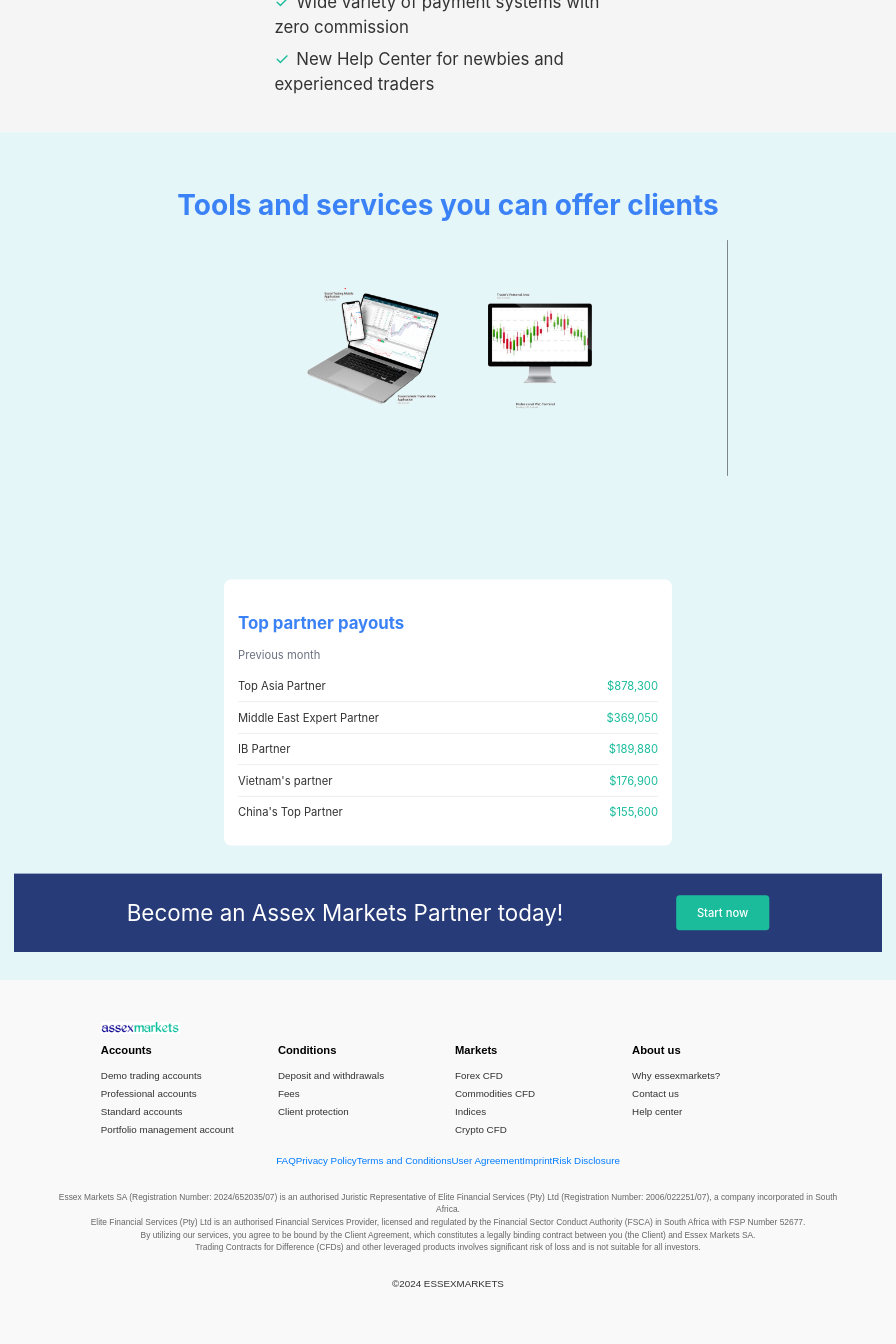
Repository: RevenewMarketing/Assex
Page: /partner
An editor plug-in stored every save of this project. The page is shown before and after the next save, followed by the edit.
The browser window is 1280 px wide. The pictures show the part of the page from y = 3560 to 5480 px (the page is 5480 px tall before and 5386 px after), at 70% of full size.
The project was rebuilt for these pictures with package versions that can differ from the ones it lists, and the page was loaded fresh each time. Also part of the build but not shown: vite.config.ts, src/pages/home/sections/HeroSection.module.css, src/pages/home/sections/HeroSection.tsx, src/pages/home/sections/Section2.tsx, src/pages/home/sections/Section3.tsx, src/pages/home/sections/Section4.tsx, src/pages/home/sections/Section5.tsx, src/pages/home/sections/Section6.tsx and 10 more.

Above is the page before, as saved 2024-11-28 01:22:17.

### index.html
<!doctype html>
<html lang="en">
  <head>
    <meta charset="UTF-8" />
    <link rel="icon" type="image/svg+xml" href="/vite.svg" />
    <meta name="viewport" content="width=device-width, initial-scale=1.0" />
    <title>Assex</title>
  </head>
  <body>
    <div id="root"></div>
    <script type="module" src="/src/main.tsx"></script>
  </body>
</html>

### src/index.css
:root {
  font-family: Inter, system-ui, Avenir, Helvetica, Arial, sans-serif;
  line-height: 1.5;
  font-weight: 400;
  color-scheme: light dark;
  color: rgba(255, 255, 255, 0.87);
  background-color: #ffffff;
  font-synthesis: none;
  max-width: 1920px;
  margin: auto;
  text-rendering: optimizeLegibility;
  -webkit-font-smoothing: antialiased;
  -moz-osx-font-smoothing: grayscale;
}

a {
  font-weight: 500;
  color: #646cff;
  text-decoration: inherit;
}

a:hover {
  color: #535bf2;
}

body {
  margin: 0;
  display: flex;
  place-items: center;
  min-width: 320px;
  min-height: 100vh;
  background-color: #FFF;
  /* align-content: center; */
  flex-direction: column;
  justify-content: flex-start;
}

h1 {
  font-size: 3.2em;
  line-height: 1.1;
}

button {
  border-radius: 8px;
  border: 1px solid transparent;
  padding: 0.6em 1.2em;
  font-size: 1em;
  font-weight: 500;
  font-family: inherit;
  background-color: #1a1a1a;
  cursor: pointer;
  transition: border-color 0.25s;
}

button:hover {
  border-color: #646cff;
}

button:focus,
button:focus-visible {
  outline: 4px auto -webkit-focus-ring-color;
}

@media (prefers-color-scheme: light) {
  :root {
    color: #213547;
    background-color: #ffffff;
  }

  a:hover {
    color: #747bff;
  }

  button {
    background-color: #f9f9f9;
  }
}

### src/App.tsx

import './App.css'
// import Navigation from './pages/home/Navigation'
import NavigationMenu from './components/navigation-menu/NavigationMenu'

import { BrowserRouter, Route, Routes } from 'react-router';
import Home from './pages/home/Home';
import Footer from './components/footer-section/Footer';
import About from './pages/about/About';
import Partner from './pages/partner/Partner';

function App() {

  return (
    <>
    <BrowserRouter>
    <NavigationMenu />
    <Routes>
      <Route path="/" element={<Home />} />
      <Route path="/about" element={<About />} />
      <Route path="/partner" element={<Partner />} />
      {/* Define other routes */}
    </Routes>
    <Footer />
  </BrowserRouter>


    </>
  )
}

export default App

### src/App.css
#root {
  max-width: 1920px;
  width: 100%;
  margin: 0 auto;
  padding: 0;
  text-align: center;
}

.logo {
  height: 6em;
  padding: 1.5em;
  will-change: filter;
  transition: filter 300ms;
}
.logo:hover {
  filter: drop-shadow(0 0 2em #646cffaa);
}
.logo.react:hover {
  filter: drop-shadow(0 0 2em #61dafbaa);
}

@keyframes logo-spin {
  from {
    transform: rotate(0deg);
  }
  to {
    transform: rotate(360deg);
  }
}

@media (prefers-reduced-motion: no-preference) {
  a:nth-of-type(2) .logo {
    animation: logo-spin infinite 20s linear;
  }
}

.card {
  padding: 2em;
}

.read-the-docs {
  color: #888;
}

/* Auth Buttons */
.authButtons {
  /* margin-left: auto; */
  display: flex;
  gap: 10px;
}

### src/pages/partner/Partner.tsx
import Section1 from "./sections/Section1"
import Section2 from "./sections/Section2"
import Section3 from "./sections/Section3"
import Section4 from "./sections/Section4"


const Partner = () => {
  return (
    <div>
      <Section1 />
      <Section2 />
      <Section3 />
      <Section4 />
    </div>
  )
}

export default Partner

### src/components/navigation-menu/NavigationMenu.module.css
.navigationContainer {
  position: relative;
  font-family: Arial, sans-serif;
}

/* Navigation Bar */
.navigationBar {
  position: fixed;
  top: 0;
  left: 0;
  width: 100%;
  display: flex;
  background-color: #ffffff;
  padding: 10px 20px;
  box-sizing: border-box;
  z-index: 1001;
  justify-content: center;
}

/* Menu Item Container */
.menuItemContainer {
  margin-right: 20px;
}

/* Menu Items */
.menuItem {
  background: none;
  border: none;
  color: rgb(34, 34, 34);
  font-size: 16px;
  cursor: pointer;
  transition: opacity 0.3s;
}

.menuItem:hover {
  opacity: 0.7;
}

.active {
  opacity: 0.5;
}



.languageSelector {
  margin-left: 20px;
  display: flex;
  align-items: center;
  font-size: 14px;
  color: #000000d8;
  cursor: pointer;
}

.globeIcon {
  margin-right: 5px;

}

/* Submenu */
.submenu {
  position: fixed;
  top: 50px;
  left: 0;
  width: 100%;
  height: 300px;
  background-color: #ffffff;
  box-shadow: 0 4px 8px rgba(0, 0, 0, 0.2);
  padding: 20px;
  box-sizing: border-box;
  z-index: 1000;
  opacity: 0;
  transform: translateY(-100%);
}

.submenuContent {
  display: flex
  ;
      justify-content: flex-start;
      gap: 10dvw;
      padding: 0 5dvw;
}

.submenuSection h4 {
  color: #0000003d;
}

.submenuSection {
  text-align: left;
}

.submenuSection a {
  color: #000000;
  text-decoration: none;
  cursor: pointer;
  transition: color 0.3s;
}

.submenuSection a:hover {
  color: #00b074;
  transition: color 0.3s;
}

/* Fade In Animation */
.fadeIn {
  animation: slide-in-top 0.3s cubic-bezier(0.25, 0.46, 0.45, 0.94) forwards;
}

@keyframes slide-in-top {
  0% {
    transform: translateY(-100%);
    opacity: 0;
  }
  100% {
    transform: translateY(0);
    opacity: 1;
  }
}

/* Fade Out Animation */
.fadeOut {
  animation: slide-out-top 0.3s cubic-bezier(0.25, 0.46, 0.45, 0.94) forwards;
}

@keyframes slide-out-top {
  0% {
    transform: translateY(0);
    opacity: 1;
  }
  100% {
    transform: translateY(-100%);
    opacity: 0;
  }
}

/* Overlay */
.overlay {
  position: fixed;
  top: 50px;
  left: 0;
  width: 100%;
  height: calc(100% - 50px);
  background: rgba(0, 0, 0, 0.5);
  z-index: 999;
  opacity: 0;
  visibility: hidden;
  transition: opacity 0.3s ease, visibility 0.3s ease;
}

.fadeInOverlay {
  opacity: 1;
  visibility: visible;
  backdrop-filter: blur(5px);
}

.fadeOutOverlay {
  opacity: 0;
  visibility: hidden;
}

/* Page Content */
.pageContent {
  /* padding: 80px 20px 20px 20px; */
  transition: opacity 0.3s;
}

.dimmed {
  opacity: 0.3;
}

### src/components/ReusableButton.tsx

import styles from './GlobalComponentStyles.module.css';

type Props = {
  link?: string;
  text: string;
  type: 'register' | 'sign-in' | 'logout' | 'profile' | 'settings' | 'help' | 'free-trial' | 'learn-more' | 'dark' | 'light';
};

export default function ReusableButton({ link, text, type }: Props) {
  return (
      <button
      style={{
        backgroundColor: type === 'register' ? '#19BC9C' :
        type === 'sign-in' ? '#F4F6F7' :
        type === 'logout' ? '#FF6347' :
        type === 'profile' ? '#FFA07A' :
        type === 'settings' ? '#FF7F50' :
        type === 'help' ? '#FFA500' :
        type === 'free-trial' ? '#FFD700' :
        type === 'learn-more' ? '#FF4500' :
        type === 'dark' ? '#4C4B4D' :
        type === 'light' ? '#fff' : '#000',
        color: type === 'dark' ? '#fff' : '#000'
      }}
        className={styles.registerButton}
        onClick={() => window.open(link, '_blank')}
      >{text}
      </button>

  );
}

### src/components/footer-section/FooterStyles.module.css
.footerContainer {
  background-color: #f9f9f9;
  color: #333;
  padding: 60px 20px;
  font-family: Arial, sans-serif;
  font-size: 14px;
  line-height: 1.8;
}

.footerContainer h4 {
  font-size: 16px;
  font-weight: bold;
  margin-bottom: 10px;
  color: #000;
  text-align: left;
  margin-top: 0;
}

.footerContainer ul {
  list-style-type: none;
  padding: 0;
  margin: 0;
  text-align: left;
}

.footerContainer ul li {
  margin-bottom: 0px;
  cursor: pointer;
}

.footerContainer ul li:hover {
  color: #00b894;
}

.footerContainer .columnsContainer {
  display: flex;
  justify-content: space-between;
  gap: 20px;
  flex-wrap: wrap;
  margin-bottom: 40px;
  width: 80%;
  margin: auto;
}

.footerContainer .columnsContainer>div {
  flex: 1;
  min-width: 180px;
  /* Ensures alignment and proper spacing */
}



.footerContainer .linksContainer {
  text-align: center;
  margin: 20px 0 30px;
}

.footerContainer .linksContainer a {
  color: #007bff;
  text-decoration: none;
  margin: 0px;
  font-size: 14px;
}

.footerContainer .linksContainer a:hover {
  text-decoration: underline;
}

.footerContainer .details {
  font-size: 12px;
  color: #666;
  line-height: 1.5;
  margin: 20px auto;
  text-align: center;
  width: 90%;
}

.footerContainer .details p {
  margin-bottom: 15px;
}

.footerContainer .logoContainer {
  text-align: left;
  margin: auto;
  width: 80%;
}

.footerContainer .logoContainer img {
  max-width: 150px;
}

.footerContainer .copyright {
  text-align: center;
  font-size: 14px;
  margin-top: 30px;
}

.details p {
  margin: 0 !important;
}

### src/pages/partner/sections/Section1.tsx
import styles from './Section1.module.css';
import backgroundImage from '../../../assets/pages/Partner/1-hero-banner-partner.jpg';

const section1Content = {
  title: "ASSEX MARKETS PARTNERSHIP PROGRAMS",
  description: "Earn a stable income by introducing clients to a global market leader",
  backgroundImage: backgroundImage, // Replace with your background image path
  buttonLink: "https://my.assexmarkets.com/auth/register",
};

const Section1: React.FC = () => {
  return (
    <section
      style={{
        backgroundImage: `url(${section1Content.backgroundImage})`,
      }}
      className={styles.section1}
    >
      <div className={styles.overlay}></div>
      <div className={styles.content}>
        <h1 className={styles.title}>{section1Content.title}</h1>
        <p className={styles.description}>{section1Content.description}</p>
        <button onClick={
          () => {
            window.open(section1Content.buttonLink, "_blank");
        }} className={styles.startButton}>Start now</button>
      </div>
      <div className={styles.details}>
        <p>2000 Partners</p>
        <p>$12 Million Paid to the partners</p>
        <p>$110K Top partner payout per month</p>
      </div>
    </section>
  );
};

export default Section1;

### src/pages/partner/sections/Section2.tsx

import styles from './Section2.module.css';
import box1 from '../../../assets/pages/Partner/2-section1-icon1.png';
import box2 from '../../../assets/pages/Partner/2-section1-icon2.png';

const section2Content = {
  title: "What we offer",
  cards: [
    {
      icon: box1,
      title: "Introducing Broker Program",
      description: "You get up to 40% of our revenue Earn up to 40% of our revenue from every active trader you refer to us. If they’re trading, you’re earning.",
      buttonText: "Learn more"
    },
    {
      icon: box2,
      title: "Affiliate Program",
      description: "You get up to $1850 of our revenue We are leading the industry with scheduled and attractive payouts. We offer a range of commission plans, so you can choose the best fit for you.",
      buttonText: "Learn more"
    }
  ]
};

const Section2: React.FC = () => {
  return (
    <section className={styles.section2}>

      <h2 className={styles.title}>{section2Content.title}</h2>
      <div className={styles.cardsContainer}>
        {section2Content.cards.map((card, index) => (

          <div key={index} className={styles.card}>
            <img src={card.icon} alt="icon" className={styles.cardIcon} />
            <h3 className={styles.cardTitle}>{card.title}</h3>
            <p className={styles.cardDescription}>{card.description}</p>
            <button className={styles.learnMoreButton}>{card.buttonText}</button>
          </div>
        ))}
      </div>
    </section>
  );
};

export default Section2;

### src/pages/partner/sections/Section3.tsx

import styles from './Section3.module.css';
import globeImage from '../../../assets/pages/Partner/3-section2-card1.png';
import cardsImage1 from '../../../assets/pages/Partner/3-section2-card2.png';
import statsImage from '../../../assets/pages/Partner/3-section2-card3.png';
import phoneImage from '../../../assets/pages/Partner/3-section2-card4.png';
import cardsImage2 from '../../../assets/pages/Partner/3-section2-card5.png';
import cardImage3 from '../../../assets/pages/Partner/3-section2-card6.png';


const section3Content = {
  title: "Why become an Assex Markets partner?",
  images: [
    globeImage,
    cardsImage1,
    statsImage,
    phoneImage,
    cardsImage2,
    cardImage3
  ],
  reasons: [
    "Trusted market leader – Assex Markets brokers are licensed",
    "Highest forex leverage in the market",
    "Instant deposits and withdrawals",
    "24/7 client support",
    "Wide variety of payment systems with zero commission",
    "New Help Center for newbies and experienced traders"
  ]
};

const Section3: React.FC = () => {
  return (
    <section className={styles.section3}>
      <h2 className={styles.title}>{section3Content.title}</h2>
      <div className={styles.featuresContainer}>
        {section3Content.images.map((image, index) => (
          <img key={index} src={image} alt="featured Images"/>
        ))}
      </div>
      <h2 className={styles.reasonsTitle}>Why clients will love us...</h2>
      <ul className={styles.reasonsList}>
        {section3Content.reasons.map((reason, index) => (
          <li key={index} className={styles.reason}>{reason}</li>
        ))}
      </ul>
    </section>
  );
};

export default Section3;

### src/pages/partner/sections/Section4.tsx
import React from 'react';
import styles from './Section4.module.css';
import devicesImage from '../../../assets/pages/Partner/4-section5-devices-image.png';

const section4Content = {
  title: "Tools and services you can offer clients",
  images: [
    {
      src: devicesImage,
      alt: "Devices"
    }
  ],
  payouts: [
    {
      partner: "Top Asia Partner",
      amount: "$878,300"
    },
    {
      partner: "Middle East Expert Partner",
      amount: "$369,050"
    },
    {
      partner: "IB Partner",
      amount: "$189,880"
    },
    {
      partner: "Vietnam's partner",
      amount: "$176,900"
    },
    {
      partner: "China's Top Partner",
      amount: "$155,600"
    }
  ],
  cta: "Become an Assex Markets Partner today!"
};

const Section4: React.FC = () => {
  return (
    <section className={styles.section4}>
      <h2 className={styles.title}>{section4Content.title}</h2>
      <div className={styles.imagesContainer}>
        {section4Content.images.map((image, index) => (
          <div key={index} className={styles.imageWrapper}>
            <img src={image.src} alt={image.alt} className={styles.image} />
          </div>
        ))}
      </div>
      <div className={styles.payoutsContainer}>
        <div className={styles.payoutsContainer_context}>
          <h3 className={styles.payoutsTitle}>Top partner payouts</h3>
          <p className={styles.payoutsSubtitle}>Previous month</p>
        </div>
        <ul className={styles.payoutsList}>
          {section4Content.payouts.map((payout, index) => (
            <li key={index} className={styles.payoutItem}>
              <span className={styles.payoutPartner}>{payout.partner}</span>
              <span className={styles.payoutAmount}>{payout.amount}</span>
            </li>
          ))}
        </ul>
      </div>
      <div className={styles.sectionFooter} >
        <p>Become an Assex Markets Partner today!</p>
        <button className={styles.ctaButton}>Start now</button>
      </div>
    </section>
  );
};

export default Section4;

### src/components/GlobalComponentStyles.module.css


.registerButton {
  background-color: #00b074;
  color: white;
  border: none;
  padding: 8px 16px;
  font-size: 14px;
  border-radius: 4px;
  cursor: pointer;
}

.signInButton {
  background-color: #f4f4f4;
  color: #333;
  border: 1px solid #ccc;
  padding: 8px 16px;
  font-size: 14px;
  border-radius: 4px;
  cursor: pointer;
}

### src/pages/partner/sections/Section1.module.css
.section1 {
  position: relative;
  background-size: cover;
  background-position: center;
  height: 760px;
  display: flex;
  align-items: center;
  justify-content: space-between;
  color: white;
  padding: 0 40px;
}

.overlay {
  position: absolute;
  top: 0;
  right: 0;
  width: 100%; /* Adjusts the gradient coverage */
  height: 100%;

  z-index: 1;
}

.content {
  position: relative;
  z-index: 2;
  max-width: 50%;
  text-align: left;
}

.content p {
  font-size: 1rem;
  line-height: 1.5;
}

.title {
  font-size: 4.5rem;
  font-weight: bold;
  margin-bottom: 20px;
  text-transform: uppercase;
}

.description {
  font-size: 2rem;
  line-height: 1.2;
  margin-bottom: 20px;
}

.startButton {
  padding: 10px 20px;
  background-color: #1ABC9C;
  color: white;
  border: none;
  border-radius: 5px;
  cursor: pointer;
  font-size: 1rem;
}

.details {
  position: relative;
  z-index: 2;
  max-width: 50%;
  text-align: left;
  margin-left: auto;
  width: 375px;
}

.details p {
  font-size: 2rem;
  line-height: 1.5;
}

### src/pages/partner/sections/Section2.module.css
.section2 {
  background-image: url("../../../assets/pages/Homepage/3-Section-3-BG.png");
  background-size: cover;
  background-position: center;
  color: white;
  padding: 40px 20px;
  text-align: center;
  min-height: 50dvh;
}

.title {
  font-size: 5rem;
  margin-bottom: 40px;
}

.cardsContainer {
  display: flex;
  justify-content: space-evenly;

}

.card {
  background-color: white;
  color: #000000;
  border-radius: 10px;
  padding: 3rem;
  flex: 1;
  max-width: 25%;
  text-align: left;
  display: flex;
  flex-direction: column;
  align-items: center;
  justify-content: space-between;
}

.cardIcon {
  width: 40px;
  margin: 0px;
  color: #1ABC9C;
  /* Blue color for the icon */
}

.cardTitle {
  font-size: 2rem;
  margin-bottom: 10px;
  color: #1ABC9C;
  font-weight: 400;
}

.cardDescription {
  font-size: 1.5rem;
  font-weight: 300;
  margin-bottom: 20px;
}

.learnMoreButton {
  padding: 10px 20px;
  background-color: #1ABC9C;
  /* Blue background for the button */
  color: white;
  border: none;
  border-radius: 5px;
  cursor: pointer;
  font-size: 1rem;
}

.learnMoreButton:hover {
  background-color: #1ABC9C;
  /* Darker blue on hover */
}

### src/pages/partner/sections/Section3.module.css
.section3 {
  background-color: #f5f5f5;
  /* Light background */
  color: #333;
  padding: 40px 20px;
  text-align: center;
}

.title {
  font-size: 5rem;
  margin-bottom: 40px;
  color: #1ABC9C;
  /* Blue color for the title */
}

.featuresContainer {
  display: flex;
  justify-content: center;
  gap: 20px;
  flex-wrap: wrap;
  margin-bottom: 40px;
  flex-direction: row;
  max-width: 65%;
  margin: auto;
  position: relative;
}

.featuresContainer img {
  transition: transform 0.3s ease;
}

.featuresContainer img:hover {
  transform: scale(1.05);
  transition: transform 0.3s ease;
  border: 1px solid #1ABC9C;
  border-radius: 10px;
}

.feature {
  background-color: white;
  border-radius: 10px;
  padding: 20px;
  flex: 1;
  max-width: 300px;
  text-align: center;
  box-shadow: 0 4px 8px rgba(0, 0, 0, 0.1);
}

.featureImage {
  max-width: 100%;
  height: auto;
  margin-bottom: 10px;
}

.featureTitle {
  font-size: 1.5rem;
  margin-bottom: 10px;
  color: #1ABC9C;
  /* Blue color for the title */
}

.featureDescription {
  list-style-type: none;
  padding: 0;
}

.featureDescription li {
  font-size: 1rem;
  margin-bottom: 5px;
}

.reasonsTitle {
  font-size: 2rem;
  margin-bottom: 20px;
  color: #1ABC9C;
  font-weight: 300;
}

.reasonsList {
  list-style-type: none;
  padding: 0;
  text-align: left;
  margin: auto;
  max-width: 40%;
}

.reason {
  font-size: 1.5rem;
  margin-bottom: 10px;
}

.reason::before {
  content: "✓";
  color: #1ABC9C;
  /* Blue color for the checkmark */
  margin-right: 10px;
}

### src/pages/partner/sections/Section4.module.css
.section4 {
  background-color: #e5f6f9; /* Light green background */
  color: #333;
  padding: 40px 20px;
  text-align: center;
  position: relative;
}

.title {
  font-size: 2.5rem;
  margin-bottom: 20px;
  color: #3b82f6; /* Blue color for the title */
}

.imagesContainer {
  display: flex;
  justify-content: center;
  margin-bottom: 40px;
}

.imageWrapper {
  position: relative;
  width: 100%;
  max-width: 800px;
}

.image {
  width: 100%;
  height: auto;
}

.payoutsContainer {
  background-color: white;
  padding: 20px;
  border-radius: 10px;
  max-width: 600px;
  margin: 0 auto 40px;
  text-align: left;
}

.payoutsTitle {
  font-size: 1.5rem;
  margin-bottom: 10px;
  color: #3b82f6; /* Blue color for the title */
}

.payoutsSubtitle {
  font-size: 1rem;
  margin-bottom: 20px;
  color: #6b7280; /* Gray color for the subtitle */
}

.payoutsList {
  list-style-type: none;
  padding: 0;
}

.payoutItem {
  display: flex;
  justify-content: space-between;
  margin-bottom: 10px;
  border-bottom: 1px solid #e5e7eb;
  padding-bottom: 10px;
}

.payoutItem:last-child {
  border-bottom: none;
  padding-bottom: 0;
}

.payoutPartner {
  font-size: 1rem;
  color: #333;
}

.payoutAmount {
  font-size: 1rem;
  color: #1ABC9C; /* Blue color for the amount */
}

.sectionFooter {
  width: 100%;
  background-color: #283B79;
  /* padding: 20px; */
  color: white;
  display: flex
;
  flex-direction: row;
  flex-wrap: wrap;
  justify-content: space-evenly;
  align-items: center;
}

.sectionFooter p {
  font-size: 2rem;
}

.ctaButton {
  padding: 15px 30px;
  background-color: #1ABC9C; /* Blue background for the button */
  color: white;
  border: none;
  border-radius: 5px;
  cursor: pointer;
  font-size: 1rem;
  position: relative;
  z-index: 1;
}

.ctaButton:hover {
  background-color: #1ABC9C; /* Darker blue on hover */
}

Loaded but not shown: src/main.tsx (common file); src/components/navigation-menu/NavigationMenu.tsx (254 lines, source omitted); src/components/footer-section/Footer.tsx (87 lines, source omitted)

After the next save:
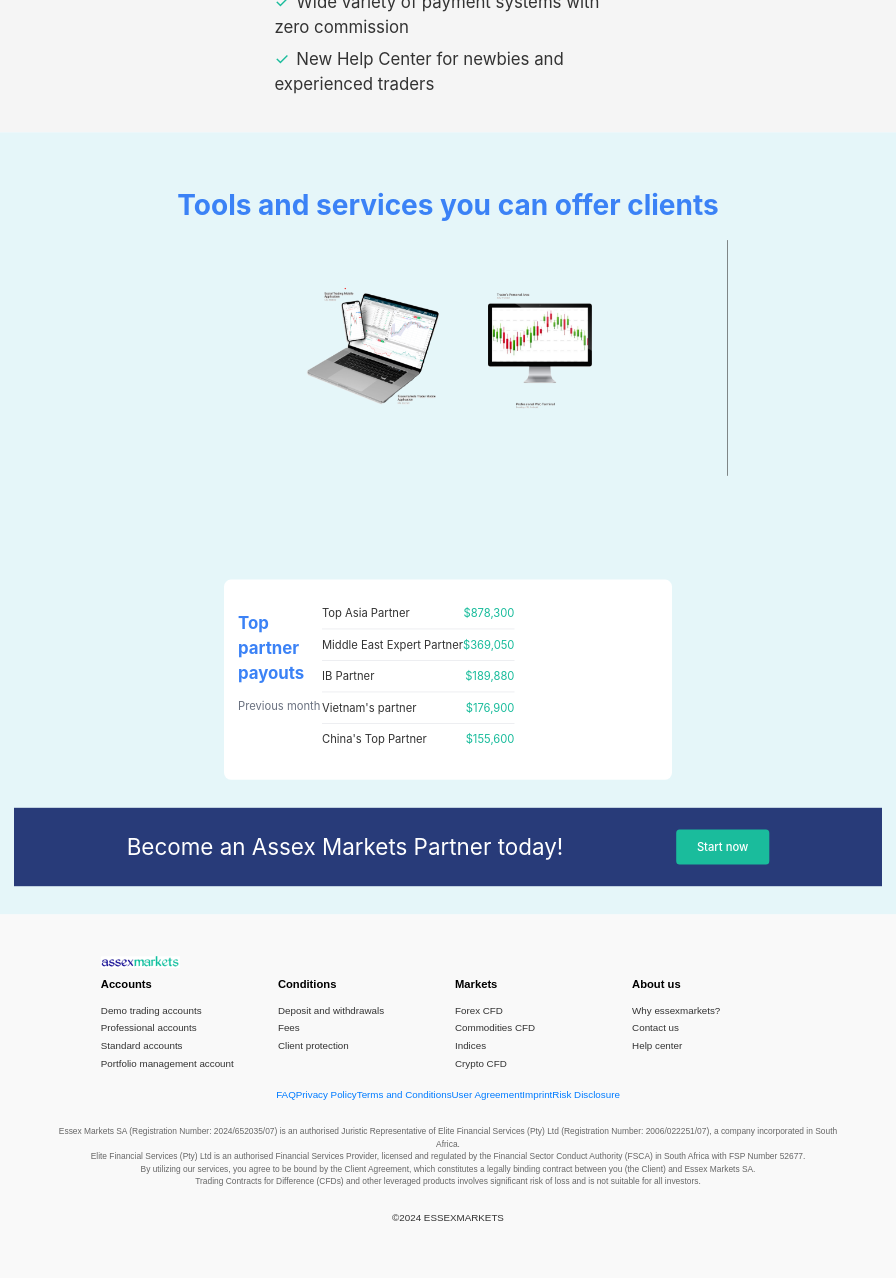
Saved 19 s later.
--- a/src/pages/partner/sections/Section4.module.css
+++ b/src/pages/partner/sections/Section4.module.css
@@ -36,6 +36,11 @@
   max-width: 600px;
   margin: 0 auto 40px;
   text-align: left;
+  display: flex;
+}
+
+.payoutsContainer_context{
+  width: 20%;
 }
 
 .payoutsTitle {
